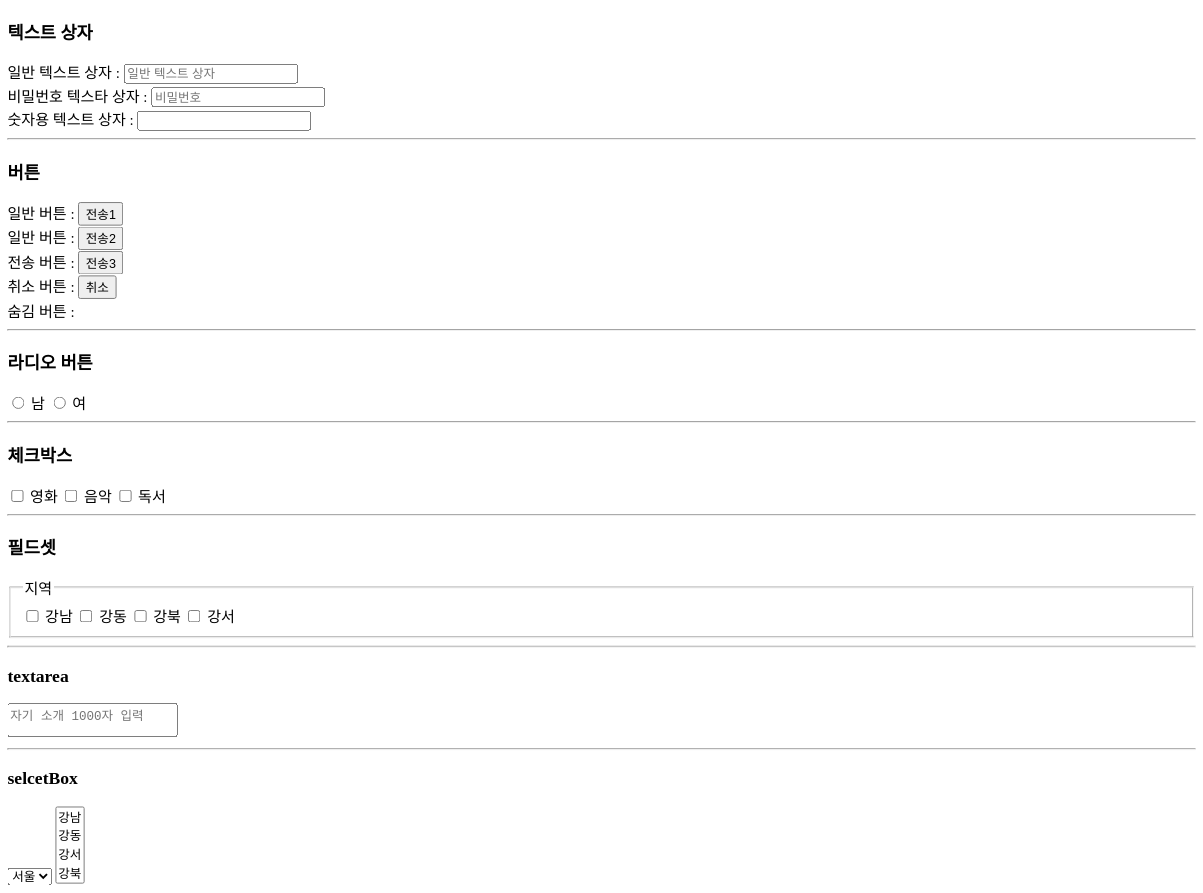
Repository: Dalso13/workspace
Page: workspace_exam/Test_1/WebContent/01_html/08_form.html
These files come from the project's save history. The page is drawn as it stood at one moment and after the next save; the edit follows.
The browser window is 1280 px wide. The pictures show the whole page, at 94% of full size.

Above is the page before, as saved 2023-03-14 03:53:29.

After the next save:
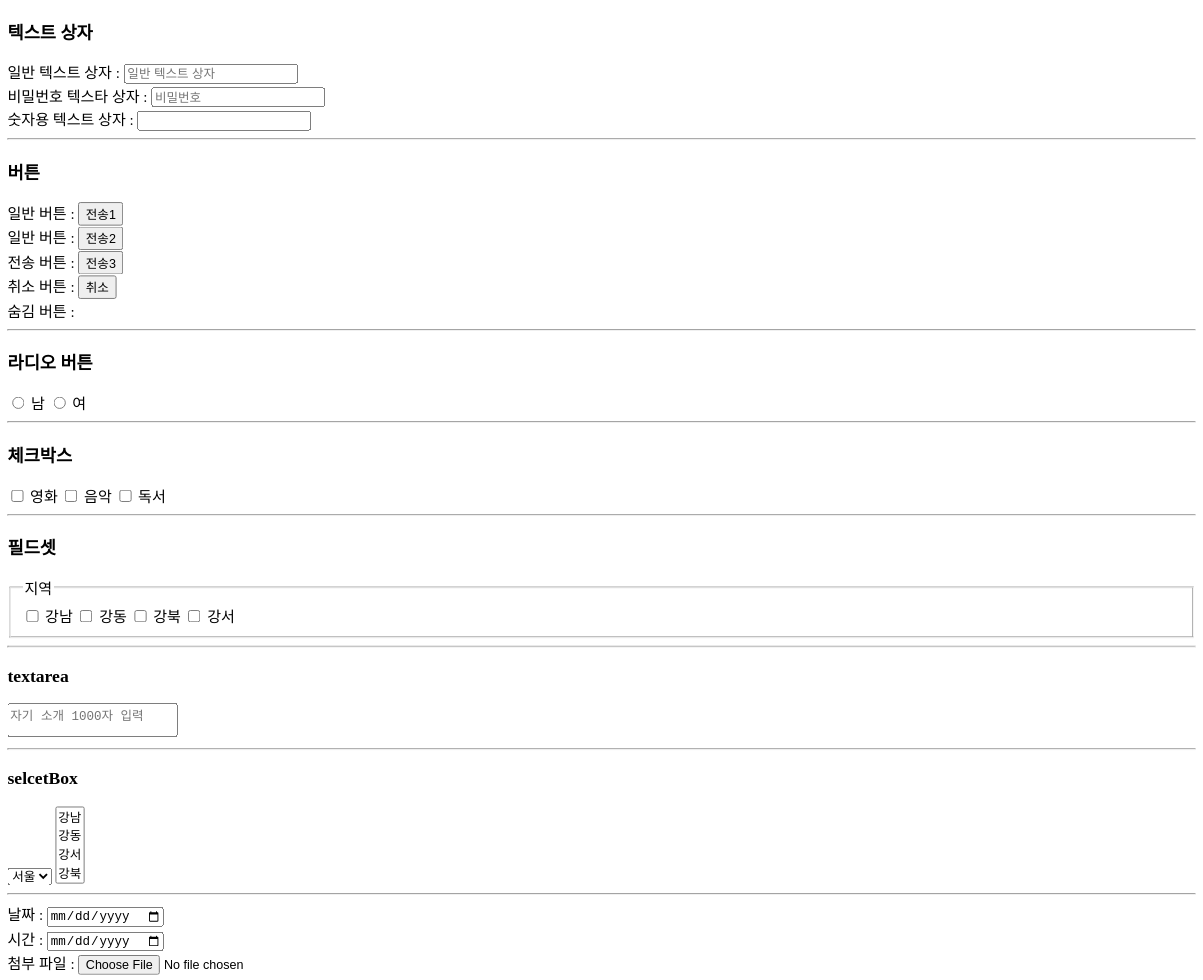
Saved 4 min 23 s later.
--- a/workspace_exam/Test_1/WebContent/01_html/08_form.html
+++ b/workspace_exam/Test_1/WebContent/01_html/08_form.html
@@ -77,7 +77,7 @@
  			<option value="3">인천</option>
  		</select>
 
-		<select name="addr2" size="4 multiple="multiple">
+		<select name="addr2" size="4" multiple="multiple">
 			<option value="강남">강남</option>
 			<option value="강동">강동</option>
 			<option value="강서">강서</option>
@@ -85,6 +85,13 @@
 		</select>
 
 
+		<hr>
+
+		날짜 : <input type="date"><br/>
+		시간 : <input type="date"><br/>
+		첨부 파일 : <input type="file">
+
+
 	</form>
 
 
